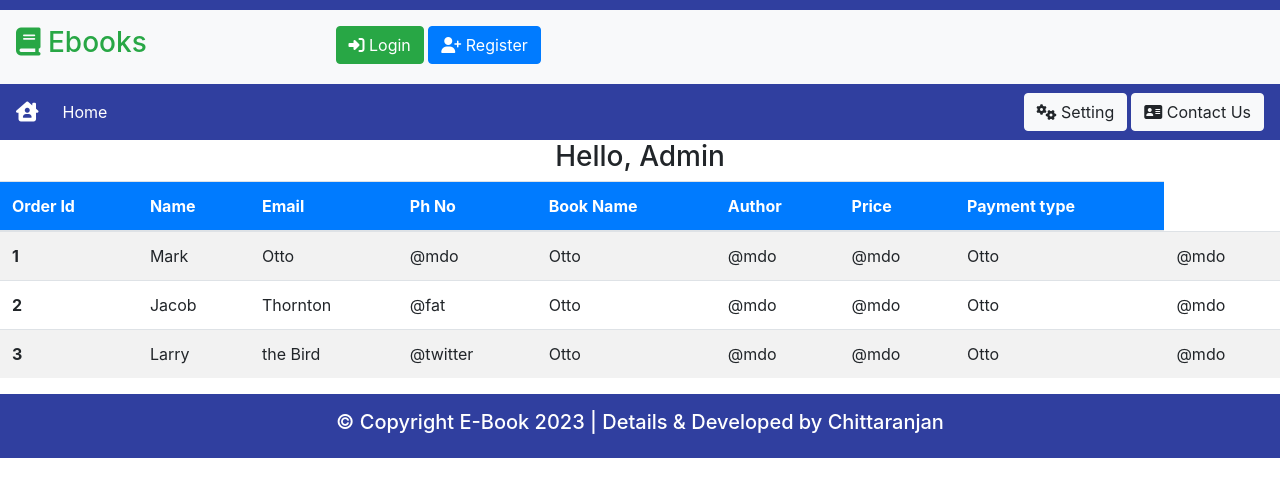
Repository: chittaranjan24/E-Books_Management_System
Page: http://localhost/Ebook-App/admin/orders.jsp
An editor plug-in stored every save of this project. The page is shown before and after the next save, followed by the edit.
The browser window is 1280 px wide. The pictures show the whole page.
Some web libraries are served in a nearby version. The page is served by Tomcat 9. Other server files are loaded and not shown.

Above is the page before, as saved 2023-08-31 10:48:25.

### Ebook-App/src/main/webapp/admin/orders.jsp
<%@ page language="java" contentType="text/html; charset=ISO-8859-1"
	pageEncoding="ISO-8859-1"%>
<!DOCTYPE html>
<html>
<head>
<meta charset="ISO-8859-1">
<title>Admin: Orders</title>
<%@include file="allCss.jsp"%>
</head>
<body>
	<%@include file="navbar.jsp"%>
	<h3 class="text-center">Hello, Admin</h3>

	<table class="table table-striped">
		<thead class="bg-primary text-white">
			<tr>
				<th scope="col">Order Id</th>
				<th scope="col">Name</th>
				<th scope="col">Email</th>
				<th scope="col">Ph No</th>
				<th scope="col">Book Name</th>
				<th scope="col">Author</th>
				<th scope="col">Price</th>
				<th scope="col">Payment type</th>
			</tr>
		</thead>
		<tbody>
			<tr>
				<th scope="row">1</th>
				<td>Mark</td>
				<td>Otto</td>
				<td>@mdo</td>
				<td>Otto</td>
				<td>@mdo</td>
				<td>@mdo</td>
				<td>Otto</td>
				<td>@mdo</td>
			</tr>
			<tr>
				<th scope="row">2</th>
				<td>Jacob</td>
				<td>Thornton</td>
				<td>@fat</td>
				<td>Otto</td>
				<td>@mdo</td>
				<td>@mdo</td>
				<td>Otto</td>
				<td>@mdo</td>
			</tr>
			<tr>
				<th scope="row">3</th>
				<td>Larry</td>
				<td>the Bird</td>
				<td>@twitter</td>
				<td>Otto</td>
				<td>@mdo</td>
				<td>@mdo</td>
				<td>Otto</td>
				<td>@mdo</td>
			</tr>
		</tbody>
	</table>

	<%@include file="footer.jsp"%>
</body>
</html>

### Ebook-App/src/main/webapp/admin/allCss.jsp
<link rel="stylesheet"
	href="https://cdn.jsdelivr.net/npm/bootstrap@4.0.0/dist/css/bootstrap.min.css"
	integrity="sha384-Gn5384xqQ1aoWXA+058RXPxPg6fy4IWvTNh0E263XmFcJlSAwiGgFAW/dAiS6JXm"
	crossorigin="anonymous">


<script src="https://code.jquery.com/jquery-3.2.1.slim.min.js"
	integrity="sha384-KJ3o2DKtIkvYIK3UENzmM7KCkRr/rE9/Qpg6aAZGJwFDMVNA/GpGFF93hXpG5KkN"
	crossorigin="anonymous"></script>
<script
	src="https://cdn.jsdelivr.net/npm/popper.js@1.12.9/dist/umd/popper.min.js"
	integrity="sha384-ApNbgh9B+Y1QKtv3Rn7W3mgPxhU9K/ScQsAP7hUibX39j7fakFPskvXusvfa0b4Q"
	crossorigin="anonymous"></script>
<script
	src="https://cdn.jsdelivr.net/npm/bootstrap@4.0.0/dist/js/bootstrap.min.js"
	integrity="sha384-JZR6Spejh4U02d8jOt6vLEHfe/JQGiRRSQQxSfFWpi1MquVdAyjUar5+76PVCmYl"
	crossorigin="anonymous"></script>


<link rel="stylesheet"
	href="https://cdnjs.cloudflare.com/ajax/libs/font-awesome/6.4.2/css/all.min.css"
	integrity="sha512-z3gLpd7yknf1YoNbCzqRKc4qyor8gaKU1qmn+CShxbuBusANI9QpRohGBreCFkKxLhei6S9CQXFEbbKuqLg0DA=="
	crossorigin="anonymous" referrerpolicy="no-referrer" />


<link rel="stylesheet" href="style.css">

### Ebook-App/src/main/webapp/admin/navbar.jsp
<%@ taglib prefix="c" uri="http://java.sun.com/jsp/jstl/core"%>
<%@page isELIgnored="false"%>

<div class="container-fluid"
	style="height: 10px; background-color: #303f9f"></div>

<div class="container-fluid p-3 bg-light">
	<div class="row">
		<div class="col-md-3 text-success">
			<h3>
				<i class="fa-solid fa-book"></i> Ebooks
			</h3>
		</div>

		<div class="col-md-3">

			<c:if test="${not empty userobj }">
				<a class="btn btn-success text-ehite"><i
					class="fa-solid fa-user"></i> ${userobj.name}</a>
				<a data-toggle="modal" data-target="#exampleModalCenter" class="btn btn-primary text-white"><i
					class="fa-solid fa-power-off"></i> Logout</a>
			</c:if>
			<c:if test="${empty userobj }">
				<a href="../login.jsp" class="btn btn-success"><i
					class="fa-solid fa-right-to-bracket"></i> Login</a>
				<a href="../register.jsp" class="btn btn-primary text-white"><i
					class="fa-solid fa-user-plus"></i> Register</a>
			</c:if>

		</div>

	</div>
</div>

<!-- Start Logout Modal -->

<!-- Modal -->
<div class="modal fade" id="exampleModalCenter" tabindex="-1"
	role="dialog" aria-labelledby="exampleModalCenterTitle"
	aria-hidden="true">
	<div class="modal-dialog modal-dialog-centered" role="document">
		<div class="modal-content">
			<div class="modal-header">
				<h5 class="modal-title" id="exampleModalLongTitle"></h5>
				<button type="button" class="close" data-dismiss="modal"
					aria-label="Close">
					<span aria-hidden="true">&times;</span>
				</button>
			</div>
			<div class="modal-body">
			<div class="text-center">
			<h4>Do you want logout</h4>
			<button type="button" class="btn btn-secondary" data-dismiss="modal">No</button>
			<a href="../logout" type="button" class="btn btn-primary text-white">Yes</a>
			</div>
			</div>
			<div class="modal-footer">

			</div>
		</div>
	</div>
</div>

<!-- End Logout Modal -->

<nav class="navbar navbar-expand-lg navbar-dark bg-custom">
	<a class="navbar-brand" href="#"> <i
		class="fa-solid fa-house-chimney-user"></i>
	</a>
	<button class="navbar-toggler" type="button" data-toggle="collapse"
		data-target="#navbarSupportedContent"
		aria-controls="navbarSupportedContent" aria-expanded="false"
		aria-label="Toggle navigation">
		<span class="navbar-toggler-icon"></span>
	</button>

	<div class="collapse navbar-collapse" id="navbarSupportedContent">
		<ul class="navbar-nav mr-auto">
			<li class="nav-item active"><a class="nav-link" href="home.jsp">Home
					<span class="sr-only">(current)</span>
			</a></li>

		</ul>
		<form class="form-inline my-2 my-lg-0">

			<button class="btn btn-light my-2 my-sm-0" type="submit">
				<i class="fa-solid fa-gears"></i> Setting
			</button>
			<button class="btn btn-light my-2 my-sm-0 ml-1" type="submit">
				<i class="fa-solid fa-address-card"></i> Contact Us
			</button>

		</form>
	</div>
</nav>

### Ebook-App/src/main/webapp/admin/footer.jsp
<div class="container-fluid text-center text-white p-3 mt-2"
	style="background-color: #303f9f;">
	<h5>&copy; Copyright E-Book 2023 | Details &amp; Developed by Chittaranjan</h5>
</div>

### Ebook-App/src/main/webapp/admin/style.css
.bg-custom{
	background-color: #303f9f;
}

.navbar .nav-item:hover .nav-link {
	background-color: white;
	color: #303f9f;
	border-radius: 15px;
}

After the next save:
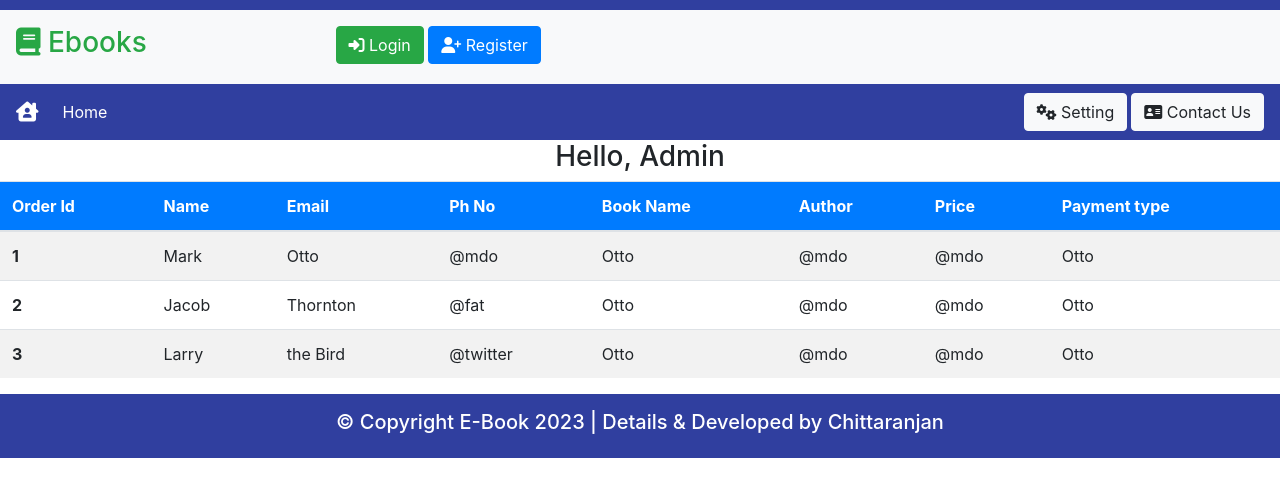
Saved 28 min 30 s later.
--- a/Ebook-App/src/main/webapp/admin/orders.jsp
+++ b/Ebook-App/src/main/webapp/admin/orders.jsp
@@ -34,7 +34,6 @@
 				<td>@mdo</td>
 				<td>@mdo</td>
 				<td>Otto</td>
-				<td>@mdo</td>
 			</tr>
 			<tr>
 				<th scope="row">2</th>
@@ -45,7 +44,6 @@
 				<td>@mdo</td>
 				<td>@mdo</td>
 				<td>Otto</td>
-				<td>@mdo</td>
 			</tr>
 			<tr>
 				<th scope="row">3</th>
@@ -56,7 +54,6 @@
 				<td>@mdo</td>
 				<td>@mdo</td>
 				<td>Otto</td>
-				<td>@mdo</td>
 			</tr>
 		</tbody>
 	</table>
